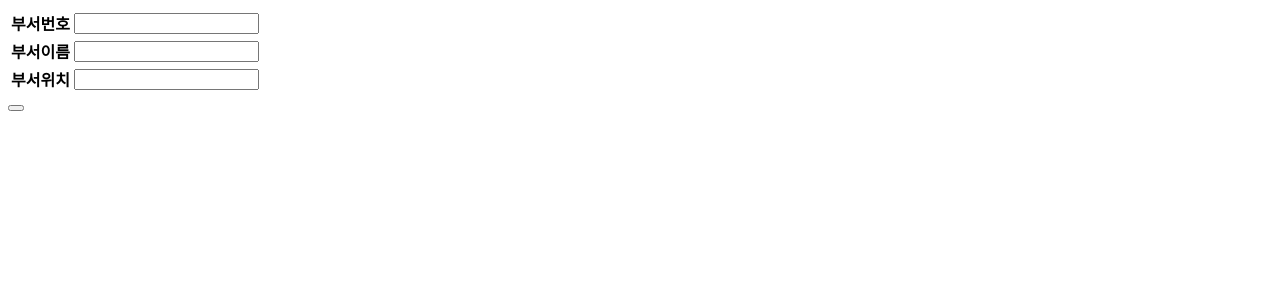
Repository: matodale/Study_SpringBoot
Page: http://localhost/testProject01/dept/deptWrite.jsp
These files come from the project's save history. The page is drawn as it stood at one moment and after the next save; the edit follows.
The browser window is 1280 px wide. The pictures show the whole page.
The page is served by Tomcat 9. Nobody is signed in. The application's start-up code is not run. Other server files are loaded and not shown.

Above is the page before, as saved 2023-01-05 04:24:14.

### testProject01/src/main/webapp/dept/deptWrite.jsp
<%@ page language="java" contentType="text/html; charset=UTF-8"
	pageEncoding="UTF-8"%>
<!DOCTYPE html>
<html>
<head>
<meta charset="UTF-8">
<title>부서관리 테스트 및 데이터 전달 테스트</title>
<link href="../css/style.css" type="text/css">
</head>
<body>
	<form name="frm" method="post" action="">
		<table>
			<tr>
				<th>부서번호</th>
				<td><input type="text" name="deptno"></td>
			</tr>
			<tr>
				<th>부서이름</th>
				<td><input type="text" name="dname"></td>
			</tr>
			<tr>
				<th>부서위치</th>
				<td><input type="text" name="Loc"></td>
			</tr>
		</table>
		<button type="submit"></button>
	</form>
</body>
</html>

After the next save:
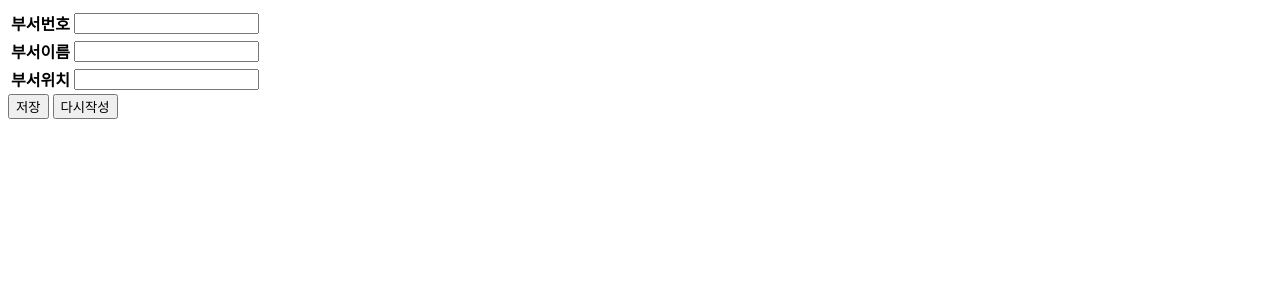
Saved 2 min 48 s later.
--- a/testProject01/src/main/webapp/dept/deptWrite.jsp
+++ b/testProject01/src/main/webapp/dept/deptWrite.jsp
@@ -23,7 +23,8 @@
 				<td><input type="text" name="Loc"></td>
 			</tr>
 		</table>
-		<button type="submit"></button>
+		<button type="submit">저장</button>
+		<input type="reset" value="다시작성">
 	</form>
 </body>
 </html>
